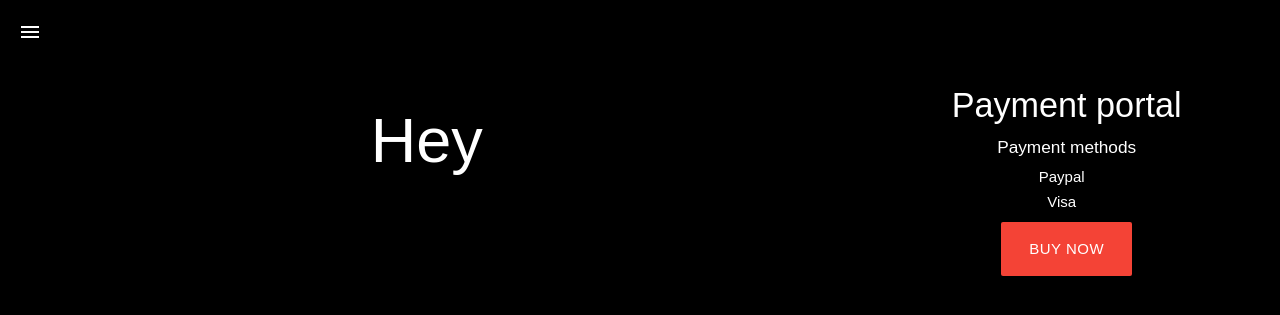
Repository: Ajtheult/final-project
Page: /cart
These files come from the project's save history. The page is drawn as it stood at one moment and after the next save; the edit follows.
The browser window is 1280 px wide. The pictures show the whole page.
Some web fonts or font styles are not loaded; a fallback is used. Some web libraries are served in a nearby version. The project was rebuilt for these pictures with package versions that can differ from the ones it lists, and the page was loaded fresh each time. Also part of the build but not shown: src/layout/pages/LandingPage.js, src/layout/pages/About.js, src/layout/pages/catalogue/Keys.js, src/layout/pages/catalogue/String.js, src/layout/pages/catalogue/Woodwind.js, src/layout/pages/catalogue/Percussion.js, src/layout/pages/login/Login.js, src/layout/pages/login/NewSignUp.js.

Above is the page before, as saved 2020-07-23 10:42:00.

After the next save:
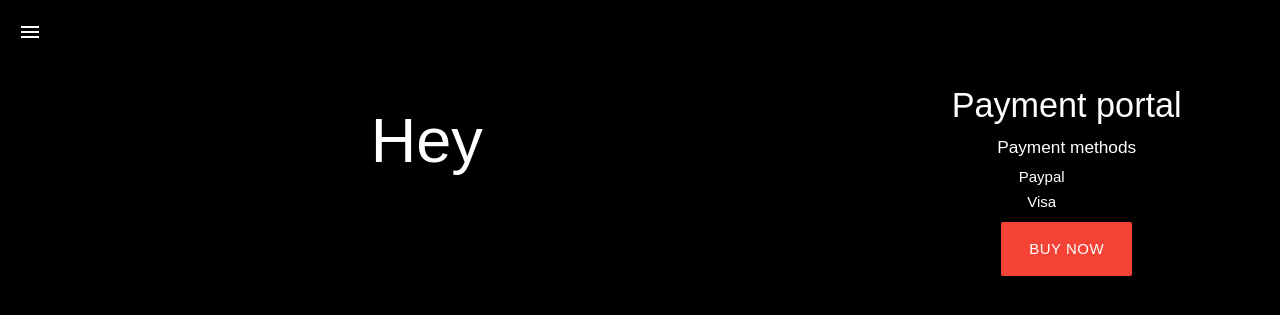
Saved 5 s later.
--- a/src/App.css
+++ b/src/App.css
@@ -239,5 +239,5 @@ body {
 
 .move_payment_up {
   line-height: 10px;
-  margin-right: 10px;
-}
+  margin-right: 50px;
+}
